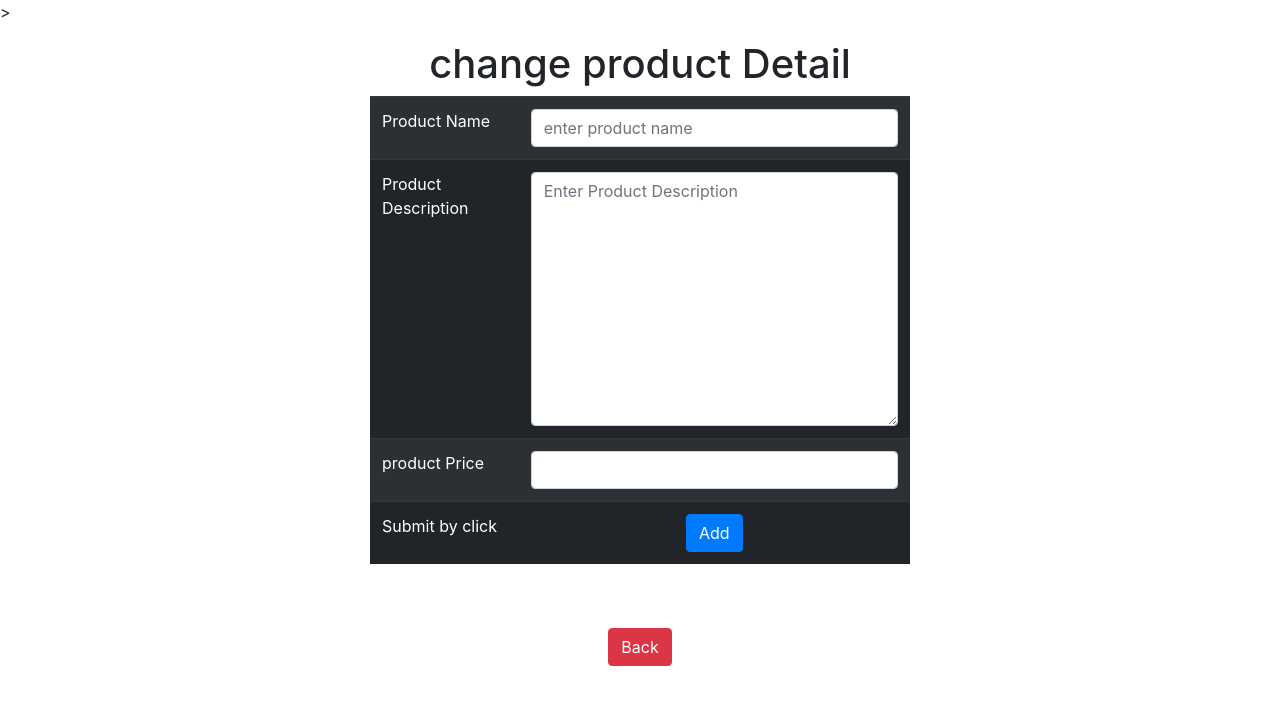
Repository: bhargav-13/Spring
Page: http://localhost/CRUD/WEB-INF/views/update_form.jsp
These files come from the project's save history. The page is drawn as it stood at one moment and after the next save; the edit follows.
The browser window is 1280 px wide. The pictures show the whole page.
Some web libraries are served in a nearby version. The page is served by Tomcat 9. Nobody is signed in. The template is opened directly, without the code that normally fills it, so the values that code supplies are empty.

Above is the page before, as saved 2023-06-08 13:47:56.

After the next save:
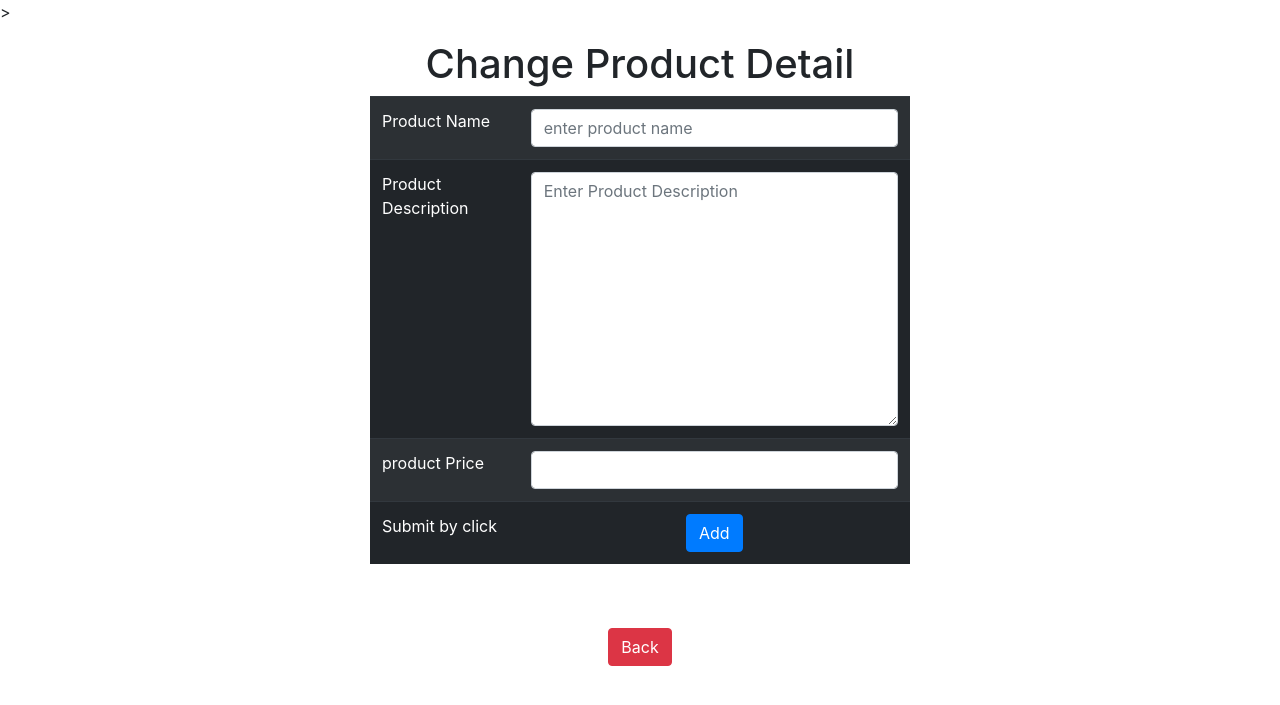
Saved 8 s later.
--- a/CRUD/src/main/webapp/WEB-INF/views/update_form.jsp
+++ b/CRUD/src/main/webapp/WEB-INF/views/update_form.jsp
@@ -12,7 +12,7 @@
 
 <div class="row">
 	<div class="col-md-6 offset-md-3">
-	<h1 class="container text-center">change product Detail</h1>
+	<h1 class="container text-center">Change Product Detail</h1>
 
     <form action="handle-product" name="insert" method="post">
     <div class="form-group">
